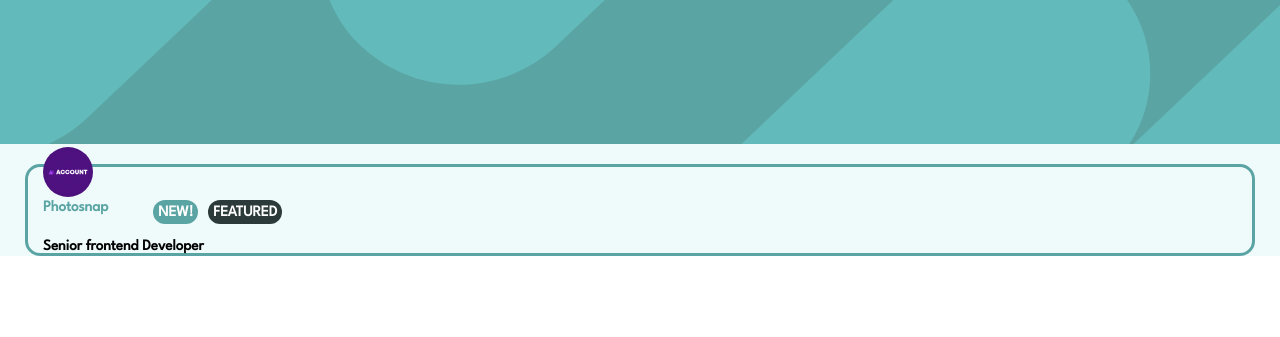
Repository: DevLaukey/job-listing
Page: /
An editor plug-in stored every save of this project. The page is shown before and after the next save, followed by the edit.
The browser window is 1280 px wide. The pictures show the whole page.
Some web fonts or font styles are not loaded; a fallback is used. The project was rebuilt for these pictures with package versions that can differ from the ones it lists, and the page was loaded fresh each time.

Above is the page before, as saved 2022-06-02 16:32:27.

### src/App.js
import "./App.css";
import Header from "./components/Header";
import Tablet from "./components/Tablet";

function App() {
  return (
    <div className="App">
      <Header />
      <div className="content">
        <Tablet />
      </div>
    </div>
  );
}

export default App;

### src/App.css
@import url('https://fonts.googleapis.com/css2?family=Grape+Nuts&family=League+Spartan&display=swap');
*{
  margin: 0;
  padding: 0;
  box-sizing: border-box;
}
.App{
  background-color: hsl(180, 52%, 96%);
  font-size: 15px;
}

### src/components/Header.js
import React from 'react'
import "./styles.css"

function Header() {
  return (
    <header className='header'></header>
  )
}

export default Header

### src/components/Tablet.js
import React from "react";
import "./styles.css";
import account from "../assets/account.svg";

function Tablet() {
  const img = account;

  return (
    <div className="tablet">
      <div className="tablet_content">
        <img className="image" src={img} alt="" />

        <div className="heading">
          <div className="company">
            <p>Photosnap</p>
          </div>
          <div className="new">
            <p>NEW!</p>
          </div>
          <div className="featured">
            <p>FEATURED</p>
          </div>
        </div>
        <div className="title">
          <p>Senior frontend Developer</p>
        </div>
      </div>
    </div>
  );
}

export default Tablet;

### src/components/styles.css
.header{
background-image: url(../assets/bg-header-mobile.svg);
padding: 10vh;
background-color: hsl(180, 29%, 50%)

}
.tablet{
    border: 3px solid  hsl(180, 29%, 50%);
    border-radius: 15px;
    margin: 20px 25px 20px 25px;
}
.tablet_content{
 margin-left: 15px;
 font-family: 'League Spartan', sans-serif;
  font-weight: 700;
    align-items: center;
}
.image{
    height: 50px;
    margin-top: -20px;
}
.heading{
    display:flex;
}
.company{
color: hsl(180, 29%, 50%);
margin-right:3em;
}
.new{
    background-color:hsl(180, 29%, 50%);
    padding: 5px;
    color:white;
    border-radius: 25px;
    margin-right:10px ;
}
.featured{
     background-color: hsl(180, 14%, 20%);
    padding: 5px;
    color:white;
    border-radius: 25px;
}
.title{
    margin-top: 15px;
}
/* media query */

@media screen and (min-width: 768px ){
  .header{
  background-image: url(../assets/bg-header-desktop.svg);
  }
}

Loaded but not shown: public/index.html (common file); src/index.js (common file); src/index.css (common file); src/reportWebVitals.js (common file)

After the next save:
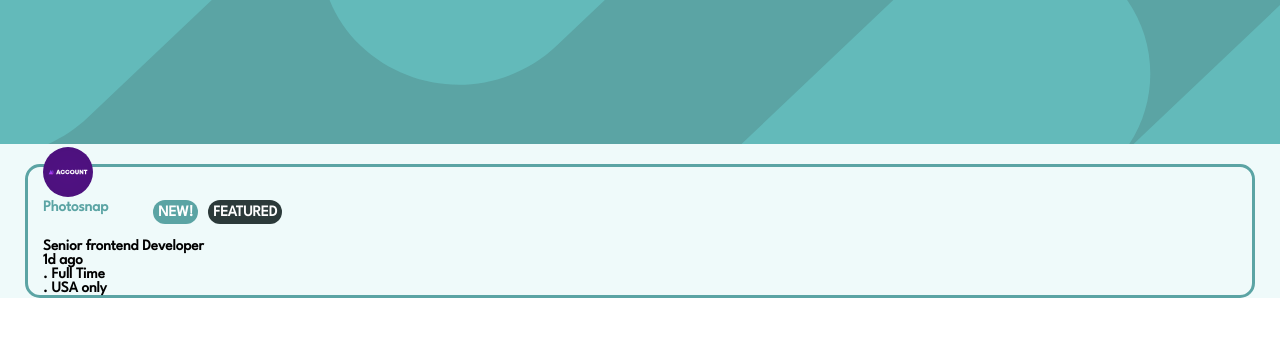
Saved 2 min 14 s later.
--- a/src/components/Tablet.js
+++ b/src/components/Tablet.js
@@ -24,6 +24,11 @@
         <div className="title">
           <p>Senior frontend Developer</p>
         </div>
+        <div className="list">
+          <p>1d ago</p>
+                  <p>. Full Time</p>
+                  <p>. USA only</p>
+        </div>
       </div>
     </div>
   );
